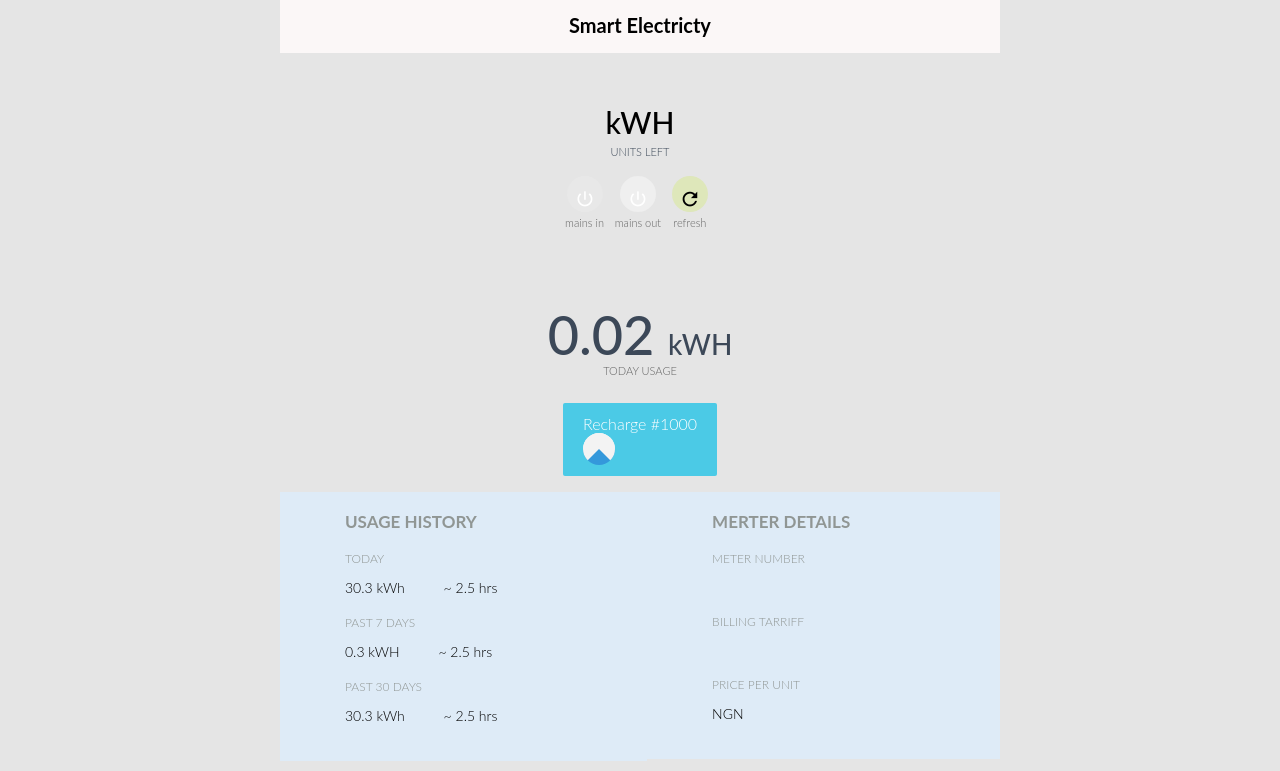
Repository: stefnnT/eko-smart-meter-hackathon
Page: subscriber.html
An editor plug-in stored every save of this project. The page is shown before and after a run of saves, followed by the edit.
The browser window is 1280 px wide. The pictures show the whole page.
The page's requests for data from a server got no answer. Some web libraries are served in a nearby version.

Above is the page before, as saved 2020-09-04 13:32:56.
Not found: assets/assets-for-demo/vertical-nav.css

After the next 2 saves:
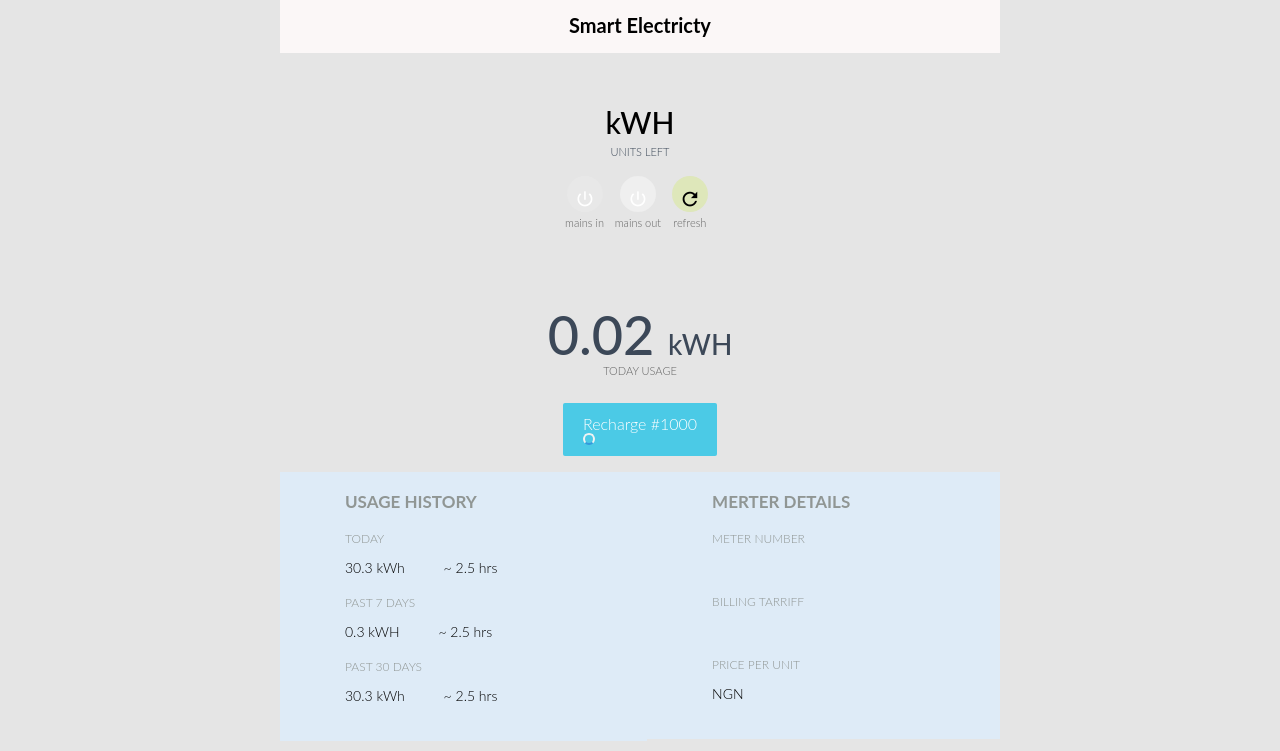
The 2 saves are shown as one change because they came seconds apart.
The last was saved 5 s later.
--- a/style2.css
+++ b/style2.css
@@ -657,8 +657,8 @@ button.dashboard__summary-icon {
 }
 
 .loader {
-  border: 16px solid #f3f3f3; /* Light grey */
-  border-top: 16px solid #3498db; /* Blue */
+  border: 2px solid #f3f3f3; /* Light grey */
+  border-top: 2px solid #3498db; /* Blue */
   border-radius: 50%;
   width: 12px;
   height: 12px;
